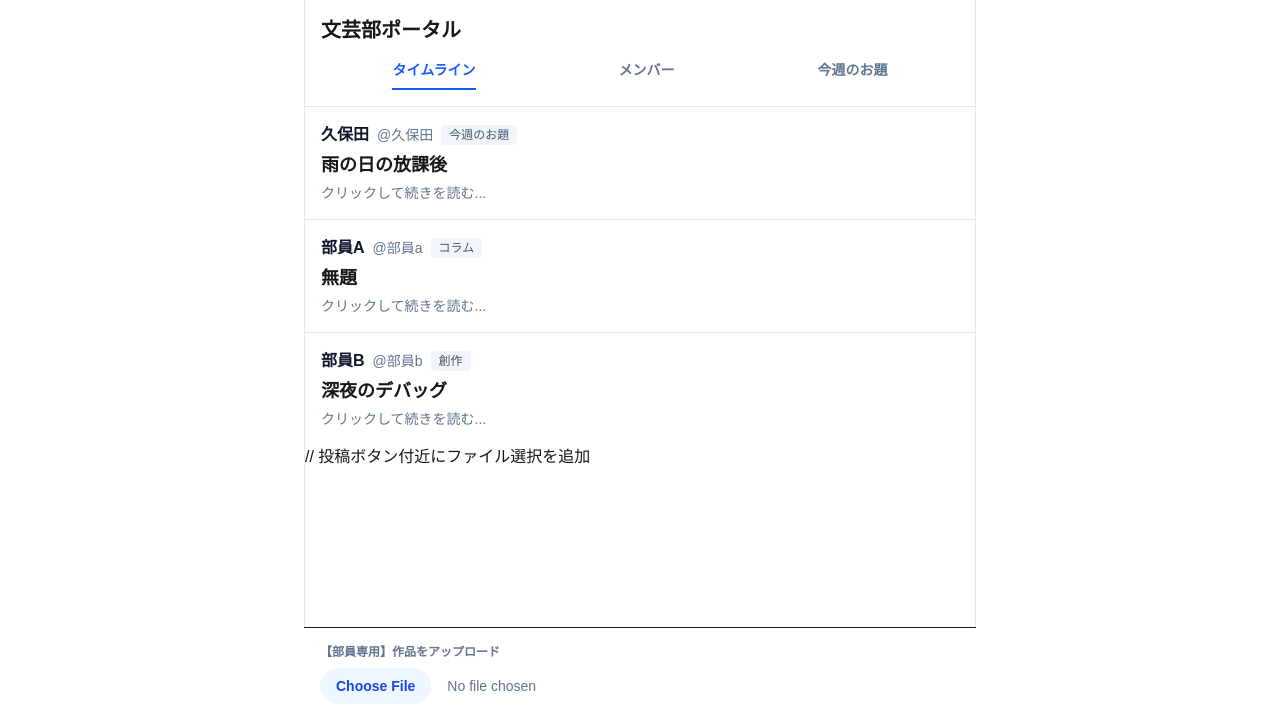
Repository: P-man2976/Literary-club-app
Page: /
The author's editor kept a copy of each file at every save. The page is drawn from the files as they stood at one save, then again after the next save.
The browser window is 1280 px wide. The pictures show the whole page.
The project was rebuilt for these pictures with package versions that can differ from the ones it lists, and the page was loaded fresh each time. The framework's server and built-in components were replaced by stand-ins that run in the browser. Also part of the build but not shown: next.config.ts.

Above is the page before, as saved 2026-01-31 11:17:31.

After the next save:
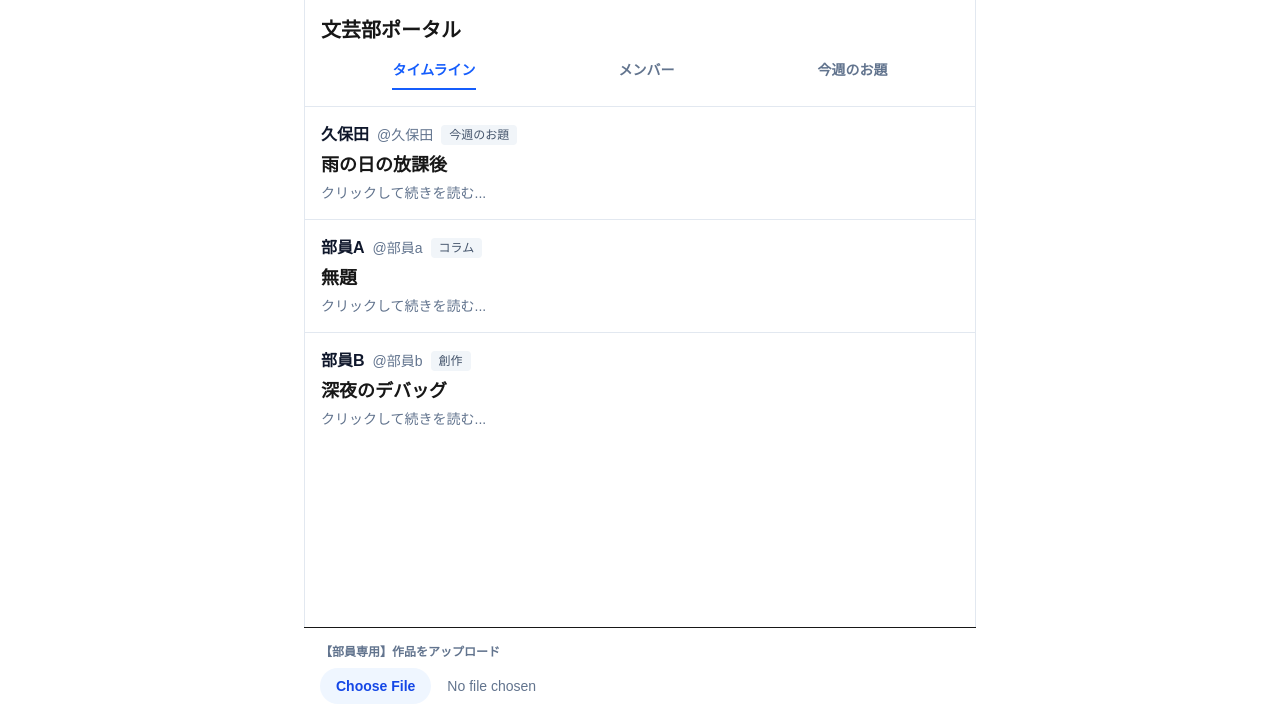
Saved 10 min 21 s later.
--- a/app/page.tsx
+++ b/app/page.tsx
@@ -101,7 +101,6 @@ export default function Home() {
       </div>
 
       {/* 投稿ボタン（右下に固定） */}
-      // 投稿ボタン付近にファイル選択を追加
       <div className="fixed bottom-0 left-0 right-0 bg-white border-t p-4 max-w-2xl mx-auto">
         <p className="text-xs font-bold text-slate-500 mb-2 uppercase">【部員専用】作品をアップロード</p>
         <input
